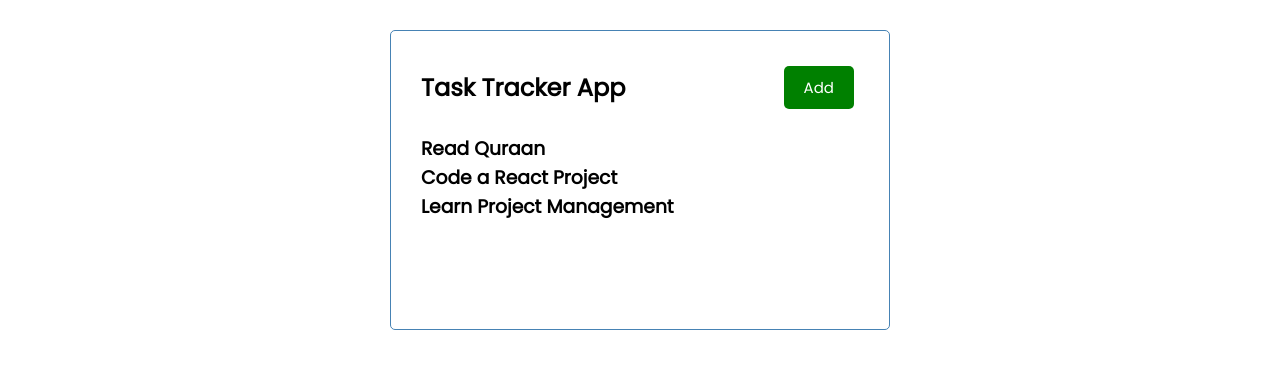
Repository: feyroozecode/task_tracker
Page: /
An editor plug-in stored every save of this project. The page is shown before and after the next save, followed by the edit.
The browser window is 1280 px wide. The pictures show the whole page.
The project was rebuilt for these pictures with package versions that can differ from the ones it lists, and the page was loaded fresh each time.

Above is the page before, as saved 2023-10-20 07:02:07.

After the next save:
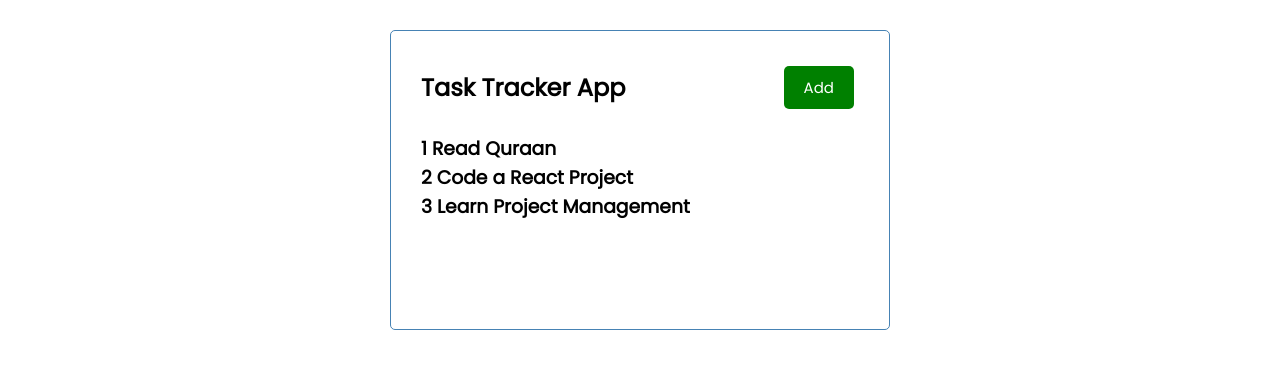
Saved 9 s later.
--- a/src/components/Tasks.js
+++ b/src/components/Tasks.js
@@ -47,7 +47,7 @@ const Tasks = () => {
     return (
        <>
        {
-        tasks.map((task) => ( <>  <h3 key={task.id}>{ task.id.toString } {task.text} </h3> </> ))
+        tasks.map((task) => ( <>  <h3 key={task.id}>{ task.id } {task.text} </h3> </> ))
        }
        </>
     );
